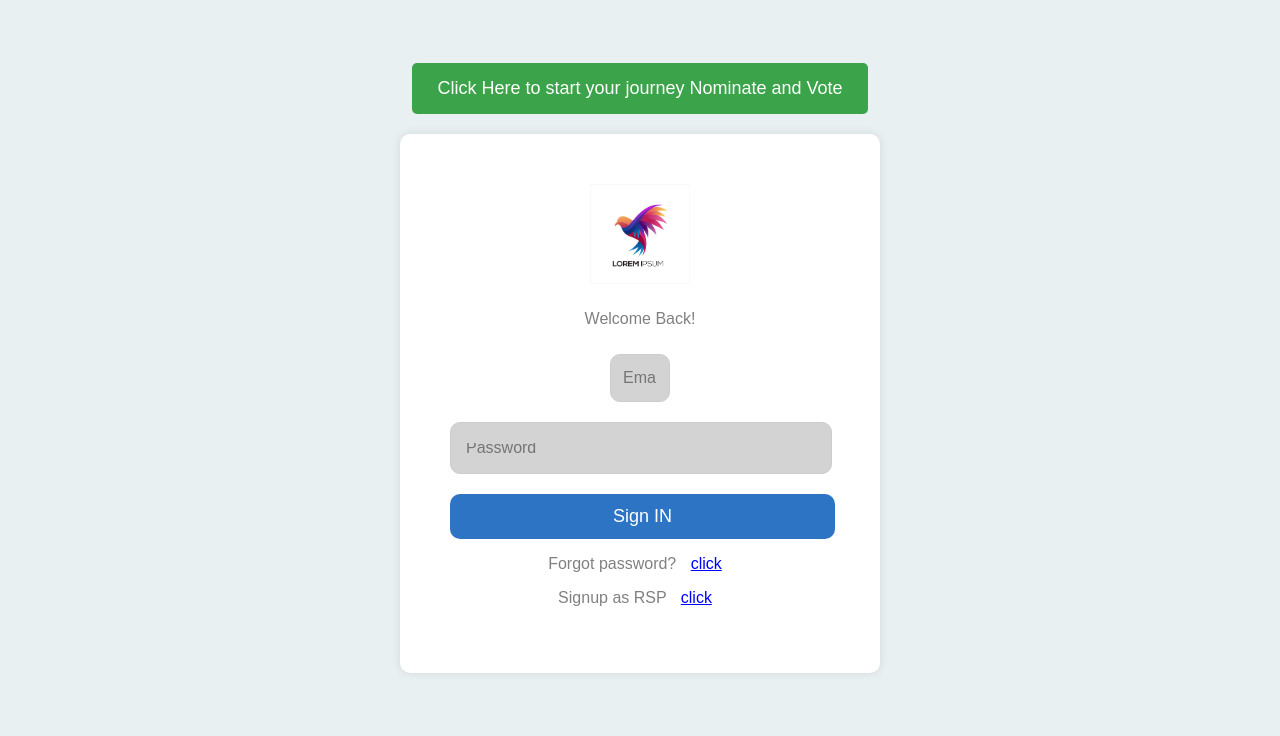
Repository: Femi007-gh/welcome
Page: index.html
The author's editor kept a copy of each file at every save. The page is drawn from the files as they stood at one save, then again after the next save.
The browser window is 1280 px wide. The pictures show the whole page.

Above is the page before, as saved 2025-03-10 18:49:48.

### index.html
<html>
<head>
    <title>Login Page</title>
    <link rel="stylesheet" href="style.css">
</head>
<body>
    <button class="green-button">Click Here to start your journey Nominate and Vote</button>
    <div class="container">
        <img src="Logo.jpg" alt="Nigerian Shippers Council Logo">
        <p>Welcome Back!</p>
        <input type="email" placeholder="Email" class="lit">
        <div class="password-container">
            <input type="password" placeholder="Password" class="fit">
        </div>
        <button class="sign-in-button">Sign IN</button>
        <div class="links">
            <p class="under">Forgot password? <a href="#" class="underline">click</a> </p>
            <p class="under">Signup as RSP  <a href="#" class="underline">click</a></p>
    </div>
</body>
</html>

### style.css
body {
  font-family: Arial, sans-serif;
  background-color: #e8f0f2;
  display: flex;
  justify-content: center;
  align-items: center;
  height: 100vh;
  flex-direction: column;
}
.green-button {
  background-color: #3ba349;
  color: white;
  padding: 15px 25px;
  border: none;
  border-radius: 5px;
  cursor: pointer;
  margin-bottom: 20px;
  font-size: 18px;
}
.container {
  background-color: white;
  padding: 50px;
  border-radius: 10px;
  box-shadow: 0 0 10px rgba(0, 0, 0, 0.1);
  text-align: center;
  width: 380px;
}
.container img {
  width: 100px;
  margin-bottom: 10px;
}
p {
  color: gray;
}
input {
  width: calc(100% - 20px);
  padding: 12px;
  margin: 10px 0;
  border: 1px solid #ccc;
  border-radius: 10px;
  font-size: 16px;
  background: #d3d3d3;
}
.password-container {
  display: flex;
  align-items: center;
  background: #d3d3d3;
  border: 1px solid #ccc;
  border-radius: 10px;
  padding: 10px;
  width: calc(100% - 20px);
  margin: 10px 0;
}
.password-container input {
  border: none;
  outline: none;
  flex: 1;
  background: transparent;
  padding: 5px;
}
.password-container i {
  cursor: pointer;
  font-size: 18px;
  margin-left: 10px;
}
.sign-in-button {
  background-color: #2d74c4;
  color: white;
  padding: 12px;
  border: none;
  border-radius: 10px;
  cursor: pointer;
  width: 100%;
  font-size: 18px;
  margin-top: 10px;
  width: 385px;
}
.links {
  margin-top: 10px;
  font-size: 16px;
}
.links a {
  color: gray;
  text-decoration: none;
  margin: 0 10px;
}
.links a.underline {
  color: blue;
  text-decoration: underline;
}
.fit {
height: 3px;
}
.lit{
height: 48px;
width: 60px;
}

After the next save:
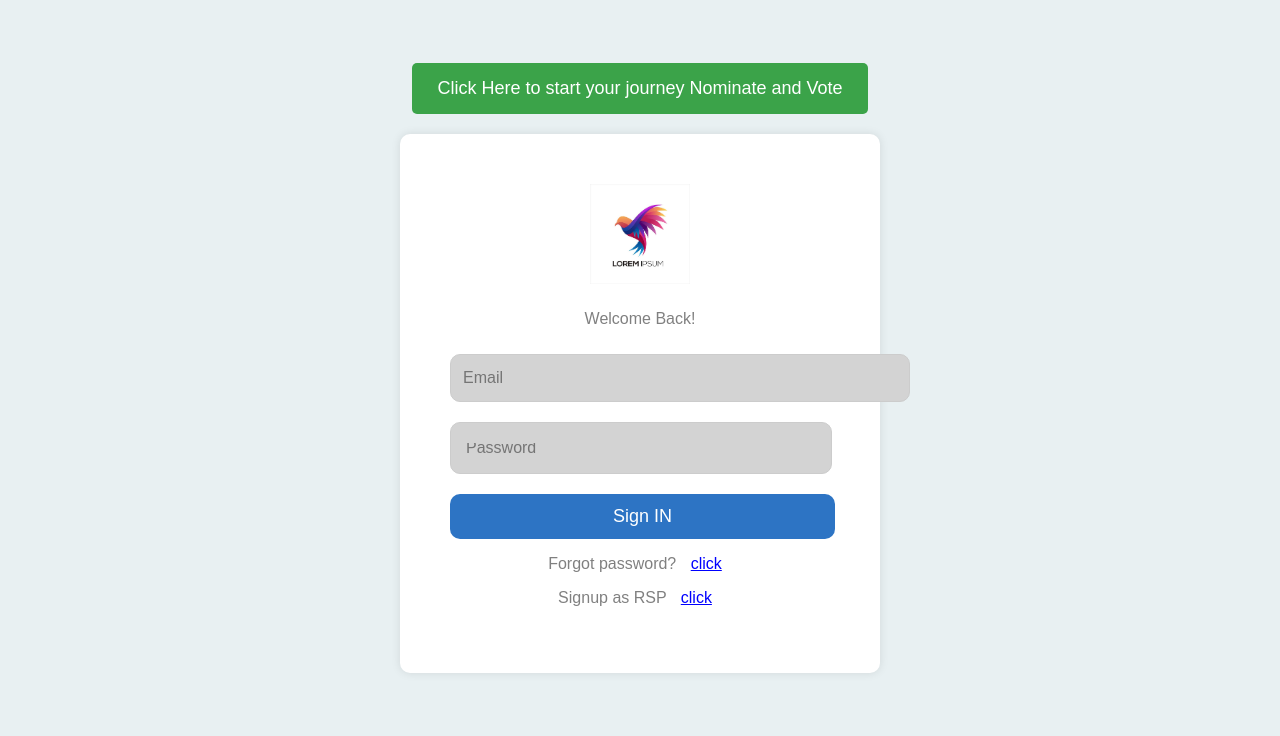
Saved 21 s later.
--- a/style.css
+++ b/style.css
@@ -93,5 +93,5 @@
 }
 .lit{
 height: 48px;
-width: 60px;
+width: 460px;
 }
